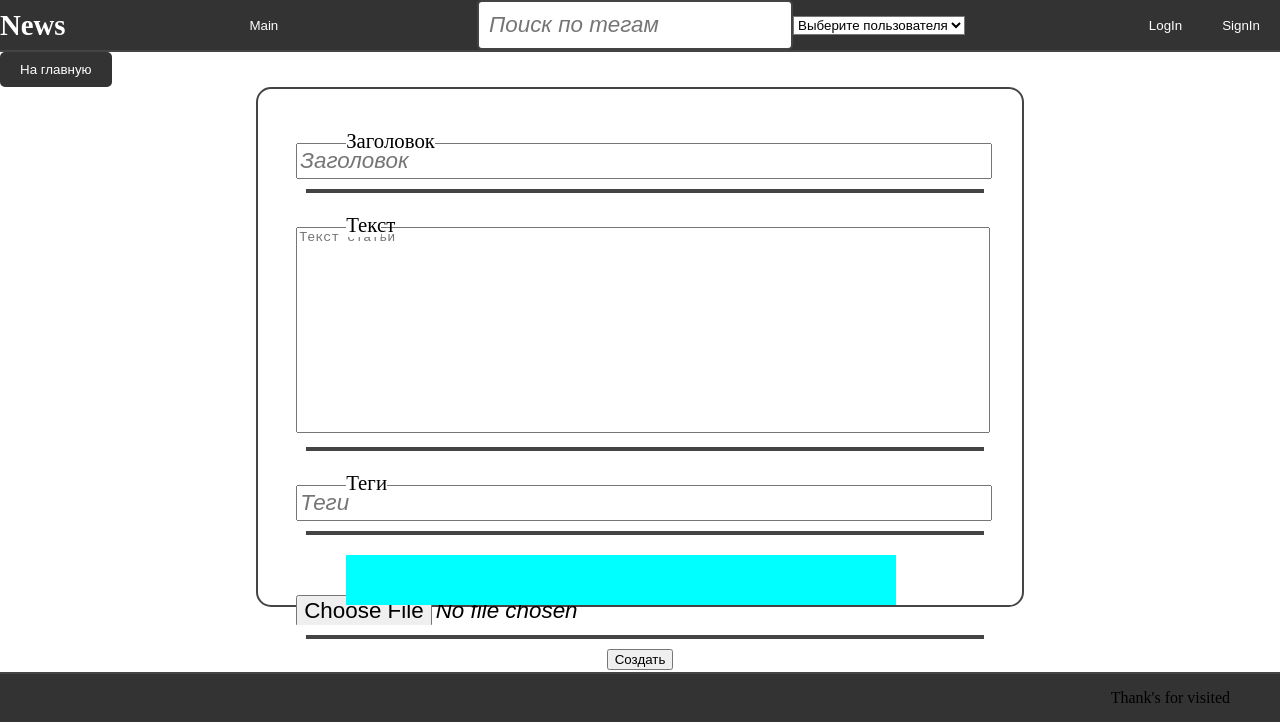
Repository: Igor-Blazhko/news_frontend
Page: /CreatePost
These files come from the project's save history. The page is drawn as it stood at one moment and after a run of saves; the edit follows.
The browser window is 1280 px wide. The pictures show the whole page.
The project was rebuilt for these pictures with package versions that can differ from the ones it lists, and the page was loaded fresh each time. Also part of the build but not shown: vite.config.ts, src/components/allPost/onePost/onePost.module.css, src/components/allPost/onePost/onePost.tsx, src/components/allPost/allPost.tsx, src/components/auth/logIn/login.module.css, src/components/auth/logIn/login.tsx, src/components/auth/register/register.tsx, src/components/pageOnePost/comments/comment.tsx and 2 more.

Above is the page before, as saved 2024-07-15 16:44:17.

After the next 2 saves:
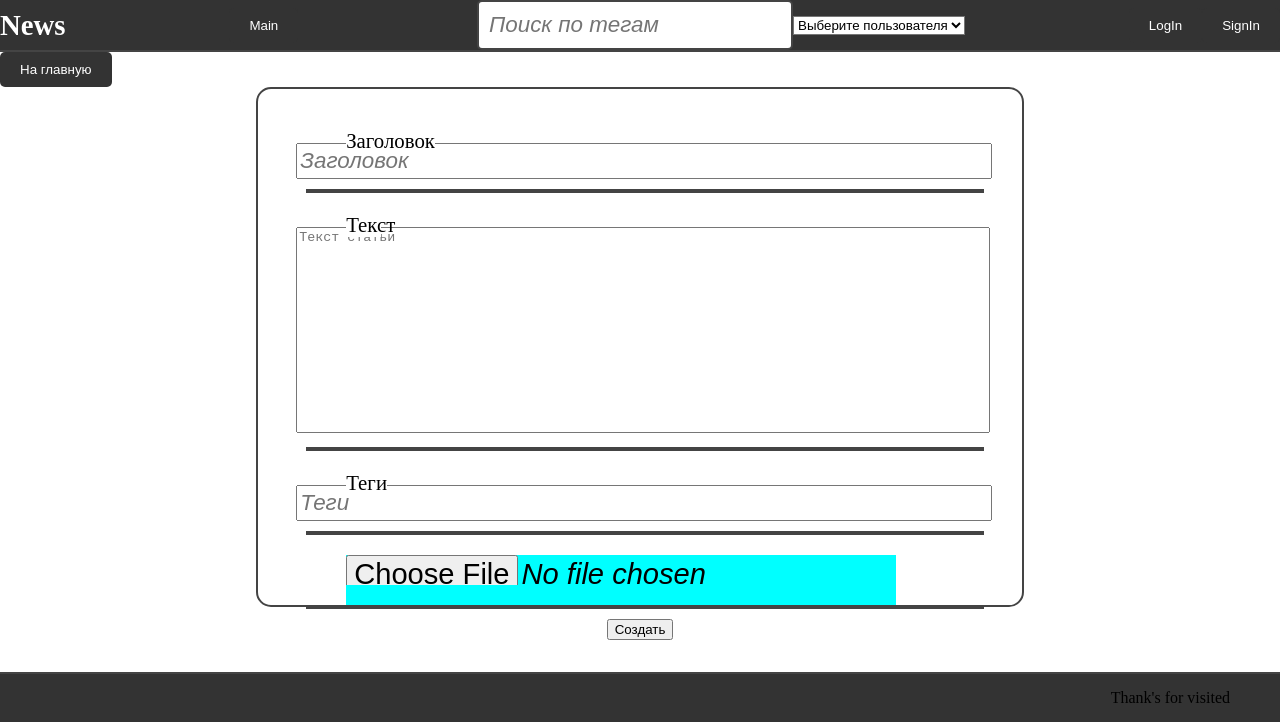
The 2 saves are shown as one change because they came seconds apart.
The last was saved 2 min 40 s later.
--- a/src/components/createPost/createPost.tsx
+++ b/src/components/createPost/createPost.tsx
@@ -26,8 +26,9 @@ export default function CreatePost(){
                         <input type="text" name="tags" placeholder="Теги"  className={styles.tags}/>
                     </div>
                     <div className={styles.file}>
-                        <label htmlFor="file" className={styles.file}></label>
-                        <input type="file" name="file" className={styles.file}/>
+                        <label htmlFor="file" className={styles.file}>
+                            <input type="file" name="file" className={styles.file}/>
+                        </label>
                     </div>
                     <button type="submit" className={styles.btn}>Создать</button>
                 </form>
